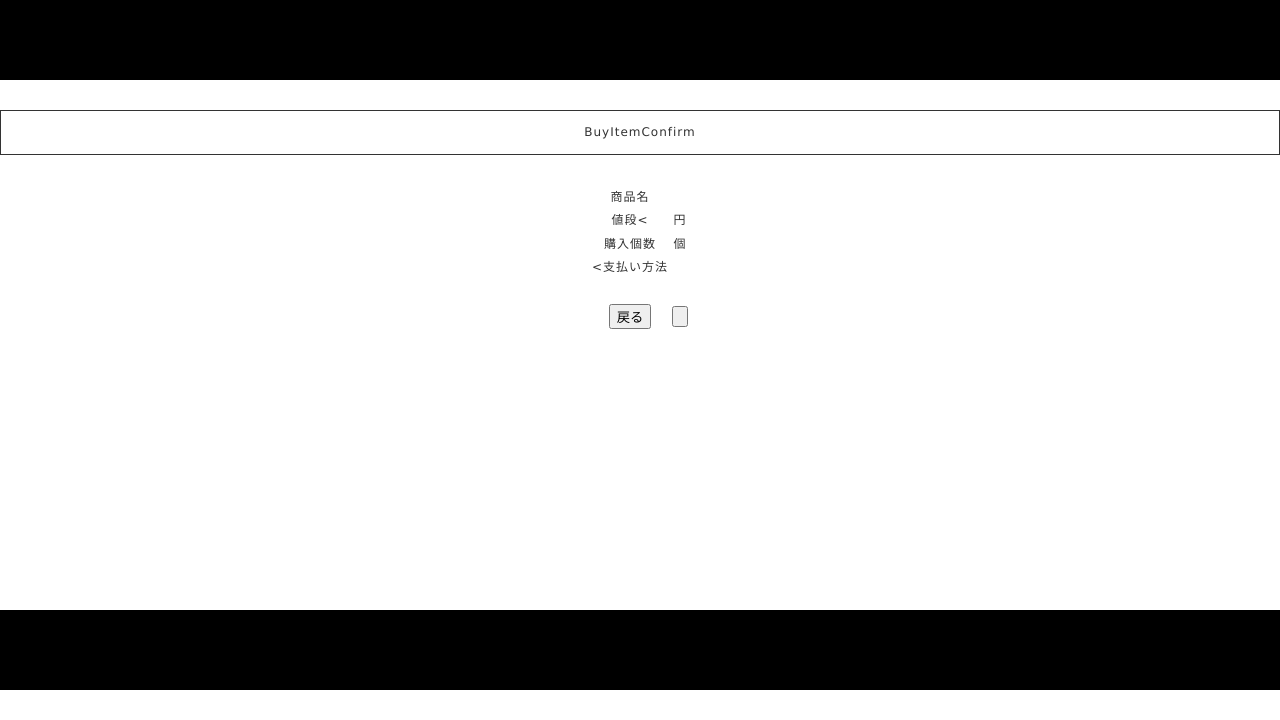
Repository: hirose0320/test
Page: http://localhost/ecsite/buyItemConfirm.jsp
These files come from the project's save history. The page is drawn as it stood at one moment and after the next save; the edit follows.
The browser window is 1280 px wide. The pictures show the whole page.
The page is served by Tomcat 9.

Above is the page before, as saved 2019-02-28 01:36:57.

After the next save:
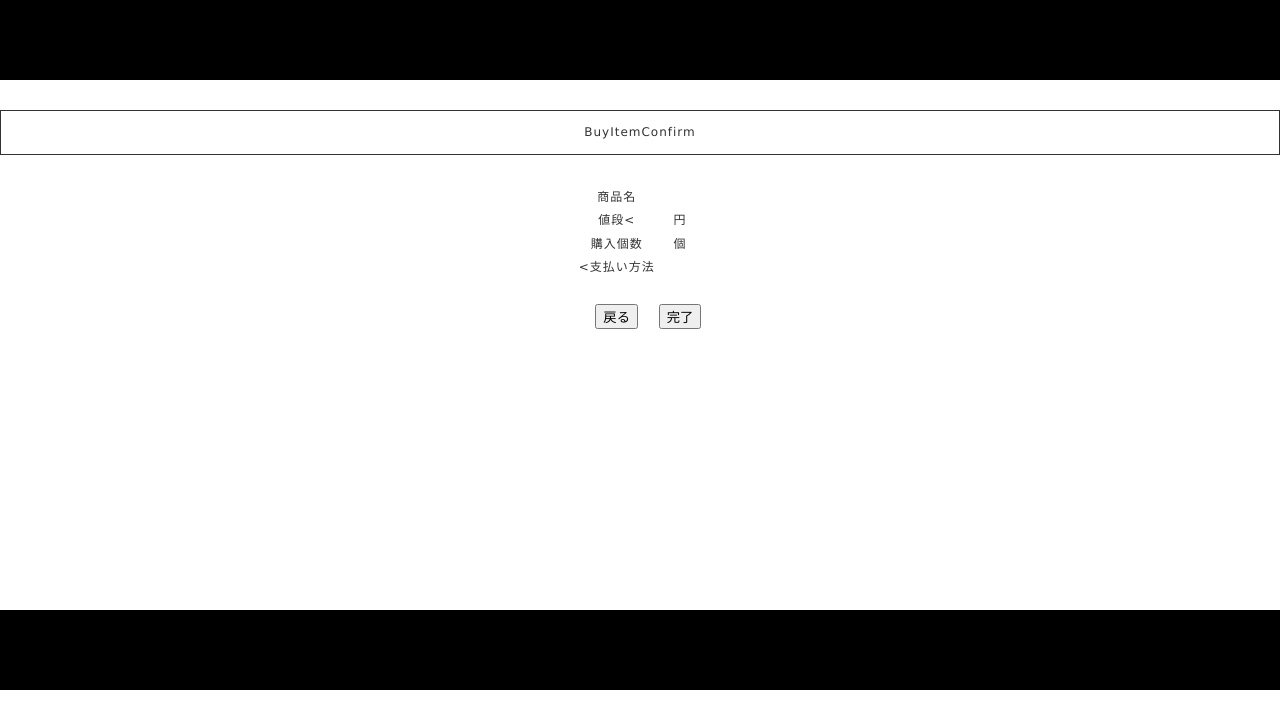
Saved 32 s later.
--- a/ecsite/WebContent/buyItemConfirm.jsp
+++ b/ecsite/WebContent/buyItemConfirm.jsp
@@ -94,7 +94,7 @@
 					<tr>
 						<td><input type="button" value="戻る"
 						onclick="submitAction('HomeAction')"/></td>
-						<td><input type="button" valur="完了"
+						<td><input type="button" value="完了"
 						onclick="submitAction('BuyItemConfirmAction')"/></td>
 
 					</tr>
